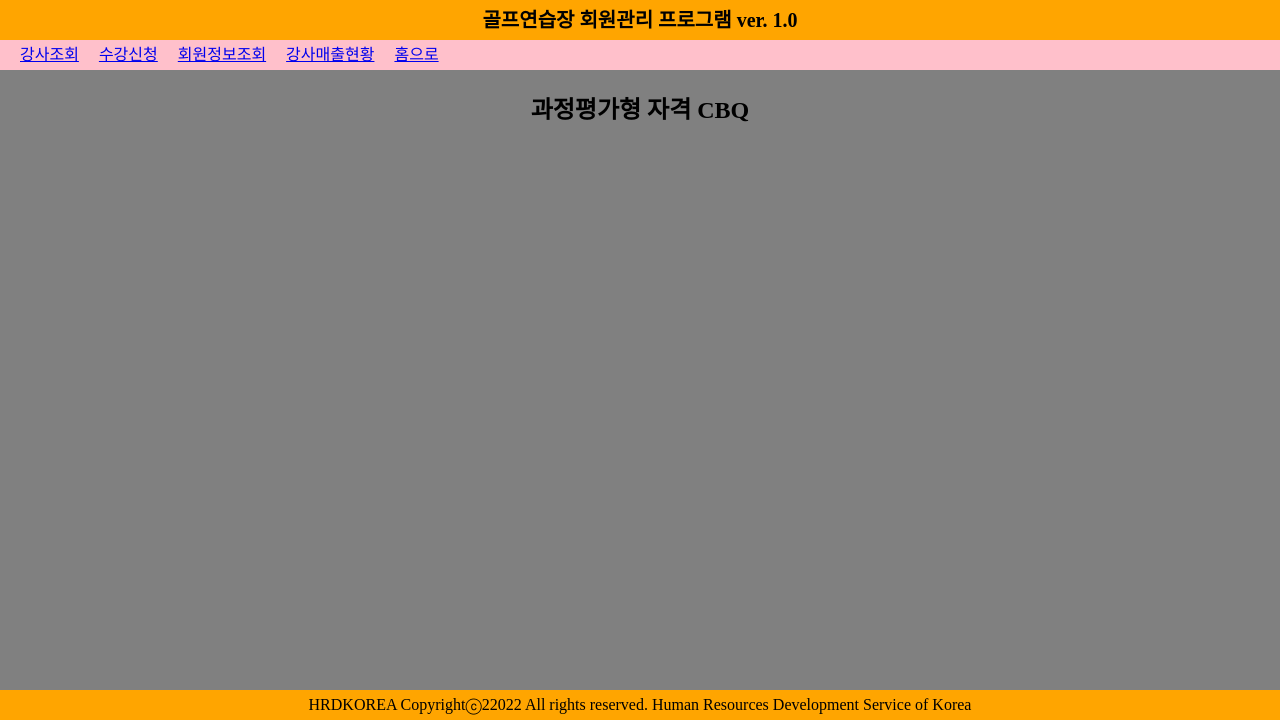
Repository: leesuyeon116/HRD_3
Page: http://localhost/HRD_0505/insert.jsp
The author's editor kept a copy of each file at every save. The page is drawn from the files as they stood at one save, then again after the next save.
The browser window is 1280 px wide. The pictures show the whole page.
The page is served by Tomcat 9.

Above is the page before, as saved 2024-05-05 09:15:26.

After the next save:
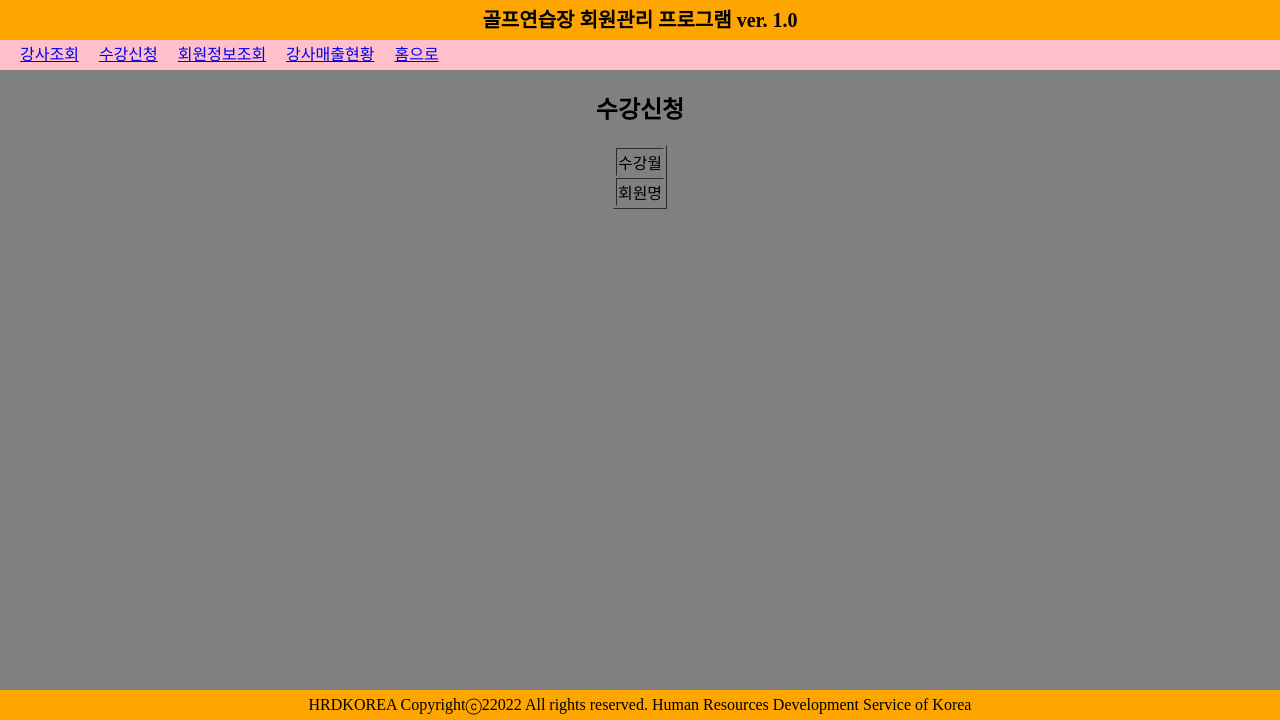
Saved 3 min 14 s later.
--- a/workspace/HRD_0505/src/main/webapp/insert.jsp
+++ b/workspace/HRD_0505/src/main/webapp/insert.jsp
@@ -9,7 +9,18 @@
 <body>
 <jsp:include page="header.jsp"></jsp:include>
 <section style="position: fixed; top: 70px; left: 0px; width: 100%; height: 100%; background-color: gray">
-<h2 style="text-align: center">과정평가형 자격 CBQ</h2>
+<h2 style="text-align: center">수강신청</h2>
+	<form style="display: flex; align-items: center; justify-content: center">
+		<table border="1">
+			<tr>
+				<td>수강월</td>
+			</tr>
+			<tr>
+				<td>회원명</td>
+			</tr>
+		</table>
+	</form>
+
 </section>
 
 <jsp:include page="footer.jsp"></jsp:include>
